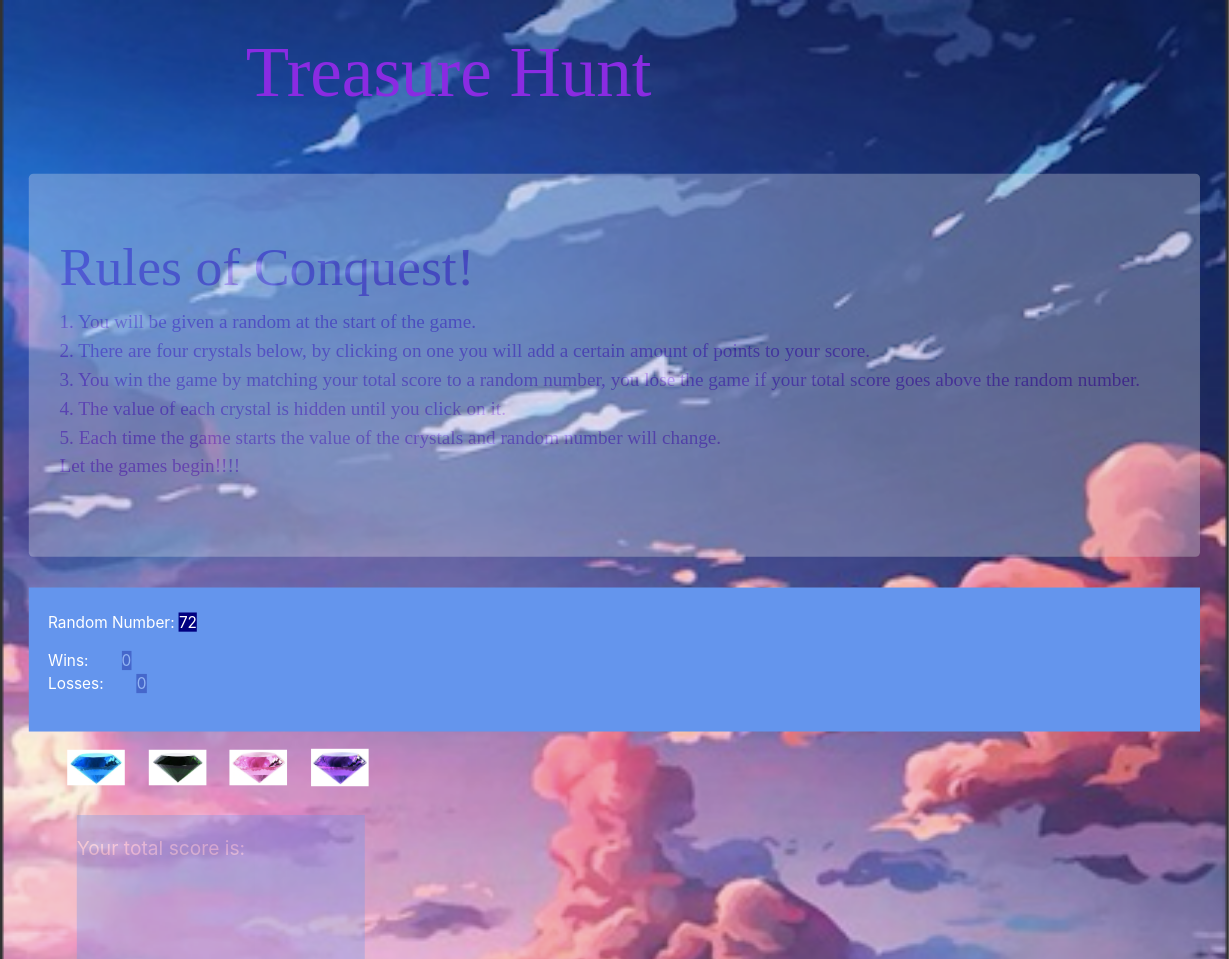
Repository: Jwill1258/unit-4-game
Page: index.html
These files come from the project's save history. The page is drawn as it stood at one moment and after the next save; the edit follows.
The browser window is 1280 px wide. The pictures show the whole page, at 96% of full size.
Some web fonts or font styles are not loaded; a fallback is used.

Above is the page before, as saved 2019-11-08 00:18:11.

### index.html
<!DOCTYPE html>
<html lang="en">
<head>
    <meta charset="UTF-8">
    <meta name="viewport" content="width=device-width, initial-scale=1.0">
    <meta http-equiv="X-UA-Compatible" content="ie=edge">
    <title>Crystal Collector</title>
    <link rel="stylesheet" type="text/css" href="assets/css/style.css">
    <link rel="stylesheet" href="https://stackpath.bootstrapcdn.com/bootstrap/4.3.1/css/bootstrap.min.css" integrity="sha384-ggOyR0iXCbMQv3Xipma34MD+dH/1fQ784/j6cY/iJTQUOhcWr7x9JvoRxT2MZw1T" crossorigin="anonymous">
    <link href="https://fonts.googleapis.com/css?family=Stoke&display=swap" rel="stylesheet">
</head>

<body>

    <div id="header">Treasure Hunt</div>

    <div class="jumbotron">

        <h1 class="display-4">Rules of Conquest!</h1>
        <p class="lead">

            1. You will be given a random at the start of the game.

            <br>

            2. There are four crystals below, by clicking on one you will add a certain amount of points to your      score.

            <br>

            3. You win the game by matching your total score to a random number, you lose the game if your total      score goes above the random number.

            <br>

            4. The value of each crystal is hidden until you click on it.

            <br>

            5. Each time the game starts the value of the crystals and random number will change.

            <br>

            Let the games begin!!!!

        </p>


    </div>

    <div id="numbers">
            <div class="numberToMatch">
                <p>Random Number:
                    <span id= "randomNumber"></span>
                </p>
            </div>
            <div class="winsandlosses">
                <p>Wins:
                    <span id= "numberWins"></span>
                    </br>
                    Losses:
                    <span id= "numberLosses"></span>
                </p>
            </div>

    <div class="crystals">

            <img src="assets/images/blue-button.png" class=crystalImage id= "one">
            <img src="assets/images/green-button.png" class=crystalImage id= "two">
            <img src="assets/images/pink button.png" class=crystalImage id= "three">
            <img src="assets/images/purple-button.png" class=crystalImage id= "four">

    </div>


    <div class="countmsg">

        <p>Your total score is:

            <span id="totalCount"></span>

        </p>

    </div>

    <script type="text/javascript" src="https://code.jquery.com/jquery-2.2.0.js"></script>
    <script type="text/javascript" src="assets/javascript/game.js"></script>


</body>
</html>

### assets/css/style.css
/* http://meyerweb.com/eric/tools/css/reset/
   v2.0 | 20110126
   License: none (public domain)
*/

html, body, div, span, applet, object, iframe,
h1, h2, h3, h4, h5, h6, p, blockquote, pre,
a, abbr, acronym, address, big, cite, code,
del, dfn, em, img, ins, kbd, q, s, samp,
small, strike, strong, sub, sup, tt, var,
b, u, i, center,
dl, dt, dd, ol, ul, li,
fieldset, form, label, legend,
table, caption, tbody, tfoot, thead, tr, th, td,
article, aside, canvas, details, embed,
figure, figcaption, footer, header, hgroup,
menu, nav, output, ruby, section, summary,
time, mark, audio, video {
	margin: 0;
	padding: 0;
	border: 0;
	font-size: 100%;
	font: inherit;
	vertical-align: baseline;
}

body {
    background-image: url( '../images/waterfall-background.jpeg' );
	background-image: height 4000px;
	background-size: 100%;
	background-repeat: no-repeat;

}

#header {
	font-family: 'Stoke', serif;
	color: blueviolet;
    font-size: 74px;
	width: 100%;
	padding-left: 20%;
	padding-top: 20px;



}

.jumbotron {
	font-family: 'Stoke', serif;
	color: blueviolet;
	font-size: 40px;
	position: center;
	background-color: cornflowerblue;
	margin-left: 30px;
	margin-right: 30px;
	opacity: 30%;
	padding-top: 50px;
	margin-top: 50px;

}

.jumbotron lead {
	border: 10px;


}

#numbers {
	background-color: cornflowerblue;
	height: 150px;
	margin-left: 30px;
	margin-right: 30px;
	padding-left: 20px;
	color: navy;
}

.numberToMatch {
	height: 50px;
	width: 50px;
	margin-left: 30px;
	margin-top: 50px;
	display: inline;
	color: white;
}


.winsandlosses {
	color: white;
	display: inline;
	background-color: navy;

}

#randomNumber {
	background-color: navy;


}



#numberWins {
	background-color:navy;
	width: 200px;
	height: 40px;
	margin-left: 30px;
	margin-top: 50px;
	opacity: 30%;
	color: white;


}

#numberLosses {
	background-color:navy;
	width: 200px;
	height: 40px;
	margin-left: 30px;
	margin-top: 50px;
	opacity: 30%;
	color: white;


}


.crystalImage  {
	width: 80px;
	padding-top: 40px;
	padding-bottom: 30px;
}

#one {
	padding-left: 20px;

}

#two {
	padding-left: 20px;


}

#three {
	padding-left: 20px;



}

#four {
	padding-left: 20px;



}


.countmsg {
	background-color: cornflowerblue;
	height: 150px;
	width: 300px;
	margin-left: 30px;
	opacity: 30%;
	color: white;
	font-size: 20px;
	padding-top: 20px;


}

### assets/javascript/game.js
$( document ).ready(function(){
    var Random=Math.floor(Math.random()*101+19)
    // Selects a random number to be shown at the start of the game
    // Number between 19 - 120
    //
    $('#randomNumber').text(Random);
    // Appending random number to the randomNumber id in the html doc
    //
    var num1= Math.floor(Math.random()*11+1)
    var num2= Math.floor(Math.random()*11+1)
    var num3= Math.floor(Math.random()*11+1)
    var num4= Math.floor(Math.random()*11+1)
    // create random numbers for each jewel (1-12)

    //
    var userTotal= 0;
    var wins= 0;
    var losses = 0;
    //  establish variables

$('#numberWins').text(wins);
$('#numberLosses').text(losses);
//resets the game
function reset(){
        Random=Math.floor(Math.random()*101+19);
        console.log(Random)
        $('#randomNumber').text(Random);
        num1= Math.floor(Math.random()*11+1);
        num2= Math.floor(Math.random()*11+1);
        num3= Math.floor(Math.random()*11+1);
        num4= Math.floor(Math.random()*11+1);
        userTotal= 0;
        $('#totalCount').text(userTotal);
}
//adds the wins to the userTotal
function yay(){
alert("Winner");
    wins++;
    $('#numberWins').text(wins);
    reset();
}
//addes the losses to the userTotal
function loser(){
alert ("Try Again!");
    losses++;
    $('#numberLosses').text(losses);
    reset()
}
//sets up click for jewels
$('#one').on ('click', function(){
    userTotal = userTotal + num1;
    console.log("New userTotal= " + userTotal);
    $('#totalCount').text(userTotal);
        //sets win/lose if stats
        if (userTotal == Random){
        yay();
        }
        else if ( userTotal > Random){
        loser();
        }
})
$('#two').on ('click', function(){
    userTotal = userTotal + num2;
    console.log("New userTotal= " + userTotal);
    $('#totalCount').text(userTotal);
        if (userTotal == Random){
        yay();
        }
        else if ( userTotal > Random){
        loser();
        }
})
$('#three').on ('click', function(){
    userTotal = userTotal + num3;
    console.log("New userTotal= " + userTotal);
    $('#totalCount').text(userTotal);
        if (userTotal == Random){
        yay();
        }
        else if ( userTotal > Random){
        loser();
        }
})
$('#four').on ('click', function(){
    userTotal = userTotal + num4;
    console.log("New totalCount= " + userTotal);
    $('#totalCount').text(userTotal);
        if (userTotal == Random){
        yay();
        }
        else if ( userTotal > Random){
        loser();
        }
});
});

After the next save:
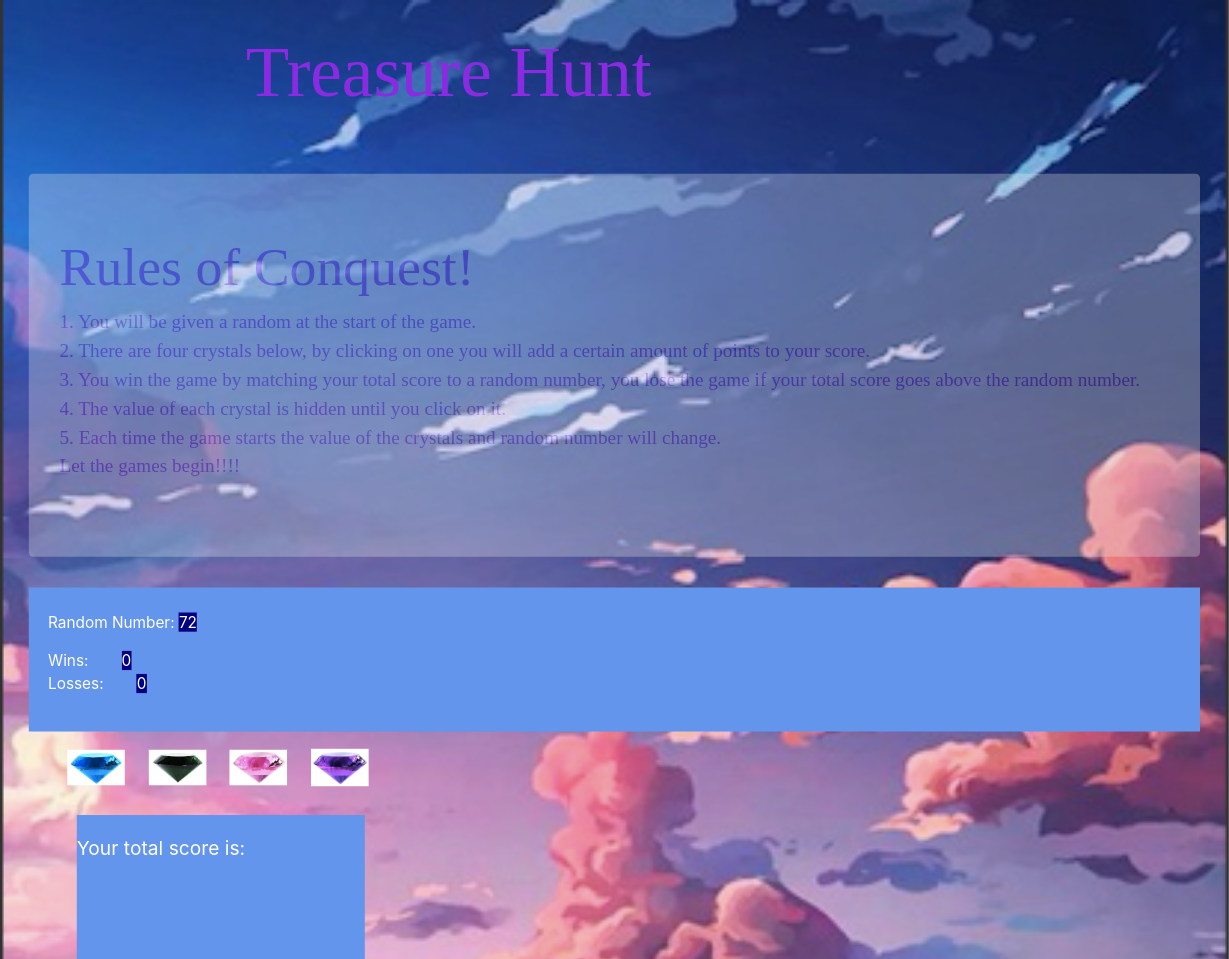
Saved 43 s later.
--- a/assets/css/style.css
+++ b/assets/css/style.css
@@ -104,7 +104,6 @@
 	height: 40px;
 	margin-left: 30px;
 	margin-top: 50px;
-	opacity: 30%;
 	color: white;
 
 
@@ -116,7 +115,6 @@
 	height: 40px;
 	margin-left: 30px;
 	margin-top: 50px;
-	opacity: 30%;
 	color: white;
 
 
@@ -160,7 +158,6 @@
 	height: 150px;
 	width: 300px;
 	margin-left: 30px;
-	opacity: 30%;
 	color: white;
 	font-size: 20px;
 	padding-top: 20px;

After the save that followed:
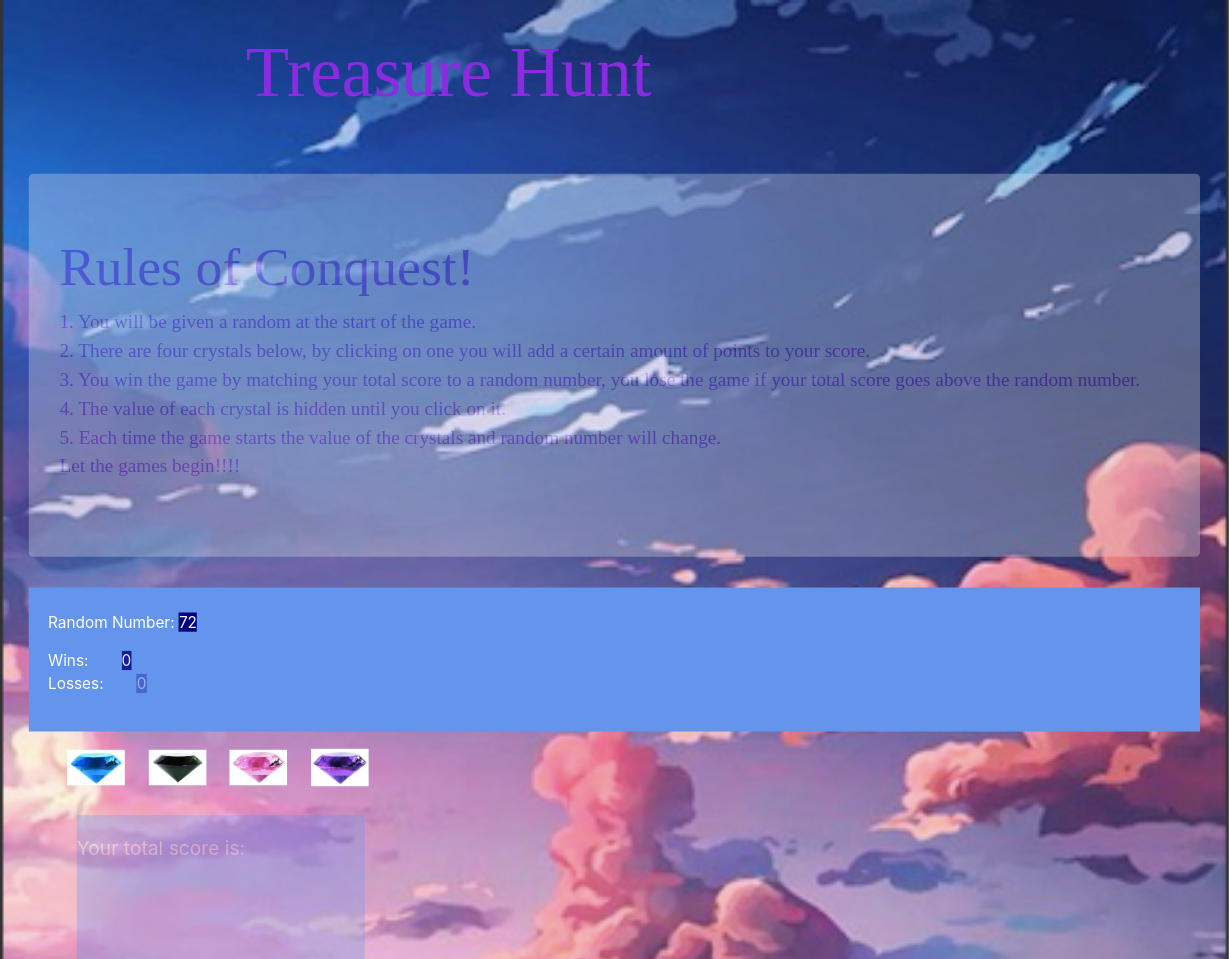
Saved 41 s later.
--- a/assets/css/style.css
+++ b/assets/css/style.css
@@ -104,6 +104,7 @@
 	height: 40px;
 	margin-left: 30px;
 	margin-top: 50px;
+	opacity: 80%;
 	color: white;
 
 
@@ -115,6 +116,7 @@
 	height: 40px;
 	margin-left: 30px;
 	margin-top: 50px;
+	opacity: 30%;
 	color: white;
 
 
@@ -158,6 +160,7 @@
 	height: 150px;
 	width: 300px;
 	margin-left: 30px;
+	opacity: 30%;
 	color: white;
 	font-size: 20px;
 	padding-top: 20px;
